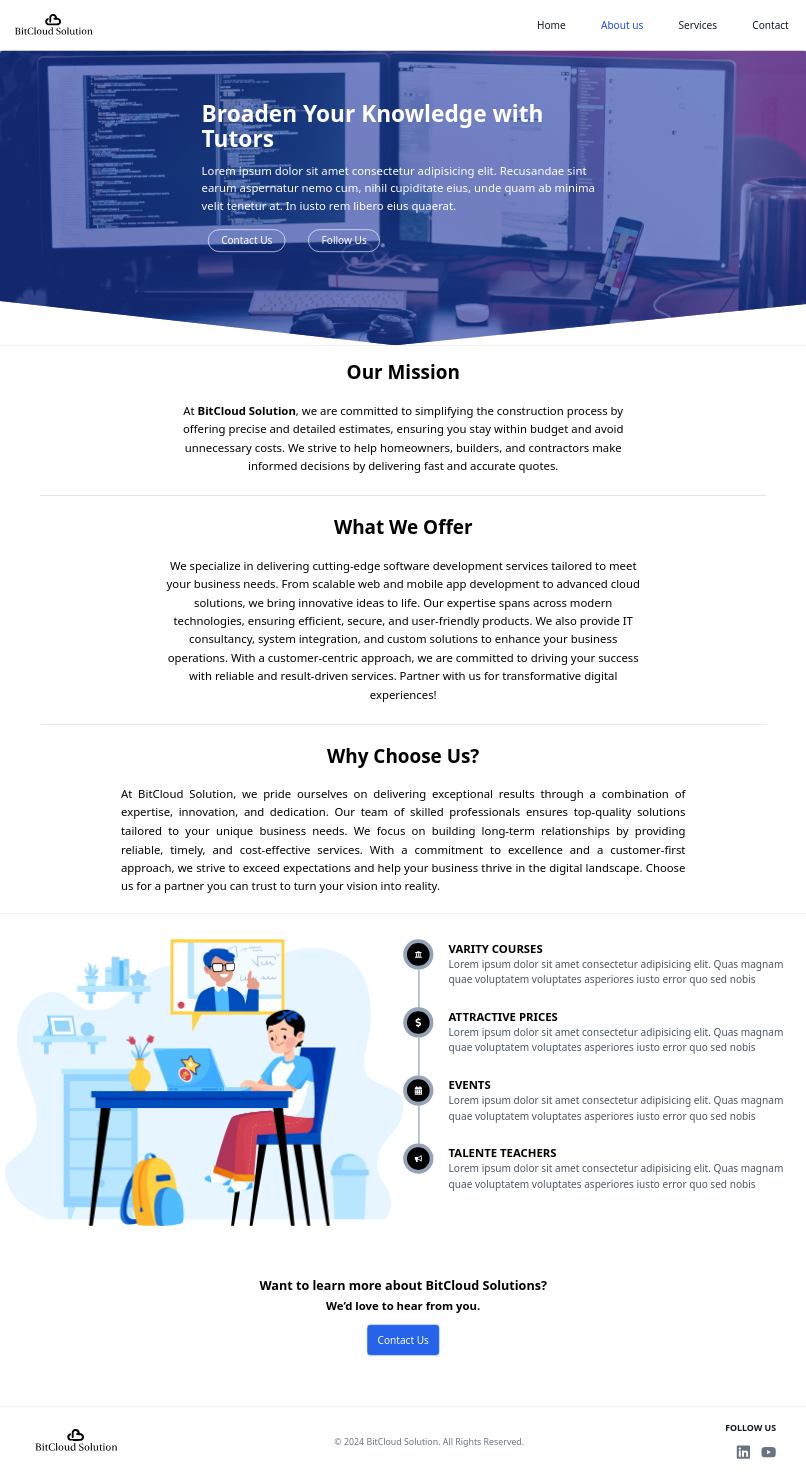
Repository: huzaifaBitCloud/BitCloud-website
Page: /about-us
These files come from the project's save history. The page is drawn as it stood at one moment and after the next save; the edit follows.
The browser window is 1280 px wide. The pictures show the whole page, at 63% of full size.
The project was rebuilt for these pictures with package versions that can differ from the ones it lists, and the page was loaded fresh each time. The framework's server and built-in components were replaced by stand-ins that run in the browser. Also part of the build but not shown: next.config.mjs.

Above is the page before, as saved 2025-01-23 16:28:55.

### src/app/about-us/page.tsx
import Layout from "@/components/Layout";
import About from "@/components/About";

const AboutPage = () => {
  return (
    <Layout>
      <About />
    </Layout>
  );
};

export default AboutPage;

### src/app/globals.css
@tailwind base;
@tailwind components;
@tailwind utilities;

.custom-cards-ourClient {
  box-shadow: 0px -10px 10px 2px rgba(221, 223, 226, 1);
  border-radius: 15px;
  background: linear-gradient(180deg, #e9f2e4 0%, #f5f7fa 90%);
}
.custom-card-2-achievements {
  box-shadow: 0px -10px 10px 2px rgba(221, 223, 226, 1);
  border-radius: 15px;
  background: linear-gradient(180deg, #f4d9d0 0%, #f5f7fa 90%);
}
.custom-card-3-achievements {
  box-shadow: 0px -10px 10px 2px rgba(221, 223, 226, 1);
  border-radius: 15px;
  background: linear-gradient(180deg, #e7ebf0, #f5f7fa 90%);
}

:root {
  /* --color-primary: #e9f2e4;
    --color-secondary: #f5f7fa;
*/
  --h-100vh: 100vh;
}

/* ABout CSS */

.btn-about {
  display: inline-block;
  margin: 0 0.625rem;
  padding: 0.3125rem 1.25rem;
  border-radius: 1.25rem;
  background: transparent;
  border: solid 0.0625rem #fff;
  position: relative;
  z-index: 9;
}
.main-hero-about {
  clip-path: polygon(
    50% 0%,
    100% 0,
    100% 35%,
    100% 86%,
    49% 100%,
    0 85%,
    0% 35%,
    0 0
  );
}

/* Services */

.zoomIn {
  -webkit-animation-name: zoomIn;
  animation-name: zoomIn;
  -webkit-animation-duration: 1s;
  animation-duration: 1s;
  -webkit-animation-fill-mode: both;
  animation-fill-mode: both;
}
@-webkit-keyframes zoomIn {
  0% {
    opacity: 0;
    -webkit-transform: scale3d(0.3, 0.3, 0.3);
    transform: scale3d(0.3, 0.3, 0.3);
  }
  50% {
    opacity: 1;
  }
}
@keyframes zoomIn {
  0% {
    opacity: 0;
    -webkit-transform: scale3d(0.3, 0.3, 0.3);
    transform: scale3d(0.3, 0.3, 0.3);
  }
  50% {
    opacity: 1;
  }
}

.card-services {
  border-top: 10px solid transparent;
  transition: border-top-color 0.4s, box-shadow 0.4s;
}

.card-services:hover {
  border-top-color: #2563eb;
  box-shadow: 0px 0px 5px rgba(0, 0, 0, 0.75);
}


@media only screen and (max-width: 760px) {
  .main-hero-about {
    clip-path: polygon(
      50% 0%,
      100% 0,
      100% 35%,
      100% 92%,
      49% 100%,
      0 92%,
      0% 35%,
      0 0
    );
  }
  .main-hero-about {
    height: var(--h-100vh) !important;
  }
  .sub-hero-about {
    text-align: center !important;
    margin: 0 auto !important;
  }
  .mob-btn-about {
    justify-content: center;
  }
  .mob-nav-style{
    position: absolute;
    top: 76%;
    left: 0;
  }
}

### src/components/Layout.tsx
import React from "react";
import { ReactNode } from "react";

import { Navbar } from "./Navbar";
import Footer from "./Footer";

interface LayoutProps {
  children: ReactNode;
}

const Layout = ({children}: LayoutProps) => {
  return (
    <div>
      <Navbar />
      <div className="">{children}</div>
      <Footer />
    </div>
  );
};

export default Layout;

### src/components/About.tsx
"use client";
import { useRouter } from "next/navigation";
import React from "react";
import WhyChooseUs from "./WhyChooseUs";

const About = () => {
  const router = useRouter();

  return (
    <section id="about" className=" w-[100%] mx-auto mb-6">
      {/* HEADINGS */}
      <div
        className="relative text-white text-center py-20 rounded-md bg-cover bg-center lg:h-[65vh] md:h-[70vh] main-hero-about"
        style={{
          backgroundImage: "url('/images/web-developer.jpg')",
        }}
      >
        {/* Overlay */}
        <div className="absolute inset-0 bg-blue-800 bg-opacity-60"></div>

        {/* Content */}
        <div className="relative z-10 sm:w-[100%] md:w-[80%] lg:w-[50%] mx-auto text-left sub-hero-about">
          <h2 className="text-4xl font-bold mb-4">
            Broaden Your Knowledge with Tutors
          </h2>
          <p className="mb-6 text-lg">
            Lorem ipsum dolor sit amet consectetur adipisicing elit. Recusandae
            sint earum aspernatur nemo cum, nihil cupiditate eius, unde quam ab
            minima velit tenetur at. In iusto rem libero eius quaerat.
          </p>
          <div className="flex mob-btn-about gap-4">
            <button
              className="btn-about border border-white px-6 py-2 rounded-md hover:bg-white hover:text-blue-800 transition"
              onClick={() => router.push("/contact")}
            >
              Contact Us
            </button>
            <button
              className="btn-about border border-white px-6 py-2 rounded-md hover:bg-white hover:text-blue-800 transition"
              onClick={() =>
                router.push(
                  "https://www.linkedin.com/company/bitcloud-solution-software/"
                )
              }
            >
              Follow Us
            </button>
          </div>
        </div>
      </div>
      <hr />

      {/* <div className="mt-5 px-2">
        <h2 className="text-3xl font-bold my-6">Our Mission</h2>
        <p className="my-7">
          At [Your Company Name], we are committed to simplifying the
          construction process by offering precise and detailed estimates,
          ensuring you stay within budget and avoid unnecessary costs. We strive
          to help homeowners, builders, and contractors make informed decisions
          by delivering fast and accurate quotes.
        </p>

        <hr />
        <h2 className="text-3xl font-bold text-left my-6">What We Offer</h2>
        <p className="my-7">
          Our team of experts offers estimates for: Doors & Windows:
          Installation costs, material choices, and design options. TV Lounges:
          Complete cost breakdowns, including flooring, wall finishing, and
          more. Bedrooms & Living Spaces: Detailed estimation for materials,
          labor, and time. Kitchens: Custom estimates for cabinets, countertops,
          and appliances. Bathrooms: Cost assessments for fixtures, tiles,
          plumbing, and more. Exterior Elements: Including patios, landscaping,
          fencing, and driveway estimates.
        </p>
        <hr />
        <h2 className="text-3xl font-bold ">Why Choose Us?</h2>
        <p className="my-7 w-[85%]">
          Accuracy: Our estimates are detailed and reliable, so you know exactly
          what to expect. Expertise: We leverage years of industry experience to
          deliver accurate results. Customer-Centric: Your needs are our
          priority. We work with you to customize estimates based on your unique
          requirements. Fast Turnaround: We value your time. Our streamlined
          process ensures you receive your estimate promptly. Our Vision We aim
          to become the go-to solution for construction estimates across the
          industry. With our commitment to quality and precision, we want to
          empower our clients to build confidently, knowing that their project
          costs are well understood from the start.
        </p>
      </div> */}

      <div className="mt-5 px-4 sm:px-6 md:px-10 lg:px-16">
        {/* Our Mission */}
        <div className="text-center">
          <h2 className="text-3xl font-bold my-6">Our Mission</h2>
          <p className="my-7 text-lg leading-relaxed max-w-3xl mx-auto">
            At <strong>BitCloud Solution</strong>, we are committed to
            simplifying the construction process by offering precise and
            detailed estimates, ensuring you stay within budget and avoid
            unnecessary costs. We strive to help homeowners, builders, and
            contractors make informed decisions by delivering fast and accurate
            quotes.
          </p>
        </div>

        <hr className="my-8 border-gray-300" />

        {/* What We Offer */}
        <div className="text-center">
          <h2 className="text-3xl font-bold my-6">What We Offer</h2>
          <p className="my-7 text-lg leading-relaxed max-w-3xl mx-auto">
            We specialize in delivering cutting-edge software development
            services tailored to meet your business needs. From scalable web and
            mobile app development to advanced cloud solutions, we bring
            innovative ideas to life. Our expertise spans across modern
            technologies, ensuring efficient, secure, and user-friendly
            products. We also provide IT consultancy, system integration, and
            custom solutions to enhance your business operations. With a
            customer-centric approach, we are committed to driving your success
            with reliable and result-driven services. Partner with us for
            transformative digital experiences!
          </p>
        </div>

        <hr className="my-8 border-gray-300" />

        {/* Why Choose Us */}
        <div className="text-center">
          <h2 className="text-3xl font-bold my-6">Why Choose Us?</h2>
          <p className="my-7 text-lg leading-relaxed max-w-4xl mx-auto text-justify">
            At BitCloud Solution, we pride ourselves on delivering exceptional
            results through a combination of expertise, innovation, and
            dedication. Our team of skilled professionals ensures top-quality
            solutions tailored to your unique business needs. We focus on
            building long-term relationships by providing reliable, timely, and
            cost-effective services. With a commitment to excellence and a
            customer-first approach, we strive to exceed expectations and help
            your business thrive in the digital landscape. Choose us for a
            partner you can trust to turn your vision into reality.
          </p>
          {/* <p className="my-7 text-lg leading-relaxed max-w-4xl mx-auto"></p> */}
        </div>
      </div>

      <hr />
      <div className="my-10 ">
        <WhyChooseUs />
      </div>
      <div className="text-center my-20">
        <h3 className="text-xl font-bold">
          Want to learn more about BitCloud Solutions?
        </h3>
        <p className="text-lg font-semibold mt-1">
          We’d love to hear from you.
        </p>
        <button
          className="border bg-blue-600 px-4 py-3 rounded-md text-white hover:bg-blue-700 mt-4"
          onClick={() => router.push("/contact")}
        >
          Contact Us
        </button>
      </div>
    </section>
  );
};

export default About;

### src/components/Navbar.tsx
"use client";
import Image from "next/image";
import Link from "next/link";
import { usePathname } from "next/navigation";
import React, { useState } from "react";

export const Navbar = () => {
  const [menu, setMenu] = useState(false);
  const [servicesDropdown, setServicesDropdown] = useState(false);
  const pathname = usePathname();

  const links = [
    { href: "/", label: "Home" },
    { href: "/about-us", label: "About us" },
    { href: "/services", label: "Services" },
    // { label: "Services", dropdown: true },
    { href: "/contact", label: "Contact" },
  ];

  const servicesLinks = [
    { href: "/web-development", label: "Web Development" },
    { href: "/mob-development", label: "Mobile Development" },
    { href: "/services/service3", label: "UI/UX Design" },
    { href: "/zoho-crm", label: "Zoho CRM" },
    { href: "/finance-account", label: "Finances & Accounting" },
  ];

  const isActive = (href) => pathname === href;

  return (
    <nav className="border-gray-200 bg-white shadow-md dark:bg-gray-900 dark:border-gray-700">
      <div className="max-w-screen-xl flex flex-wrap items-center justify-between mx-auto p-4 relative">
        {/* <Link href="/" passHref> */}
          <div className="relative w-36 h-12 cursor-pointer flex items-center space-x-3">
          <Link href='/'>
            <img
              src="/images/logo.svg"
              alt="BitCloud Logo"
              className="h-14 mr-3"
            />
            </Link>
            {/* <Image
              src="/images/logo.svg"
              alt="BitCloud Logo"
              fill
              sizes="(max-width: 768px) 100px, (max-width: 1200px) 50vw, 33vw"
              className="object-contain"
            /> */}
          </div>
        {/* </Link> */}

        <button
          type="button"
          data-collapse-toggle="navbar-dropdown"
          className="inline-flex items-center p-2 w-10 h-10 justify-center text-sm text-gray-500 rounded-lg md:hidden hover:bg-gray-100 dark:hover:bg-gray-700"
          aria-controls="navbar-dropdown"
          aria-expanded={menu}
          onClick={() => setMenu(!menu)}
        >
          <svg
            className="w-5 h-5"
            aria-hidden="true"
            xmlns="http://www.w3.org/2000/svg"
            fill="none"
            viewBox="0 0 17 14"
          >
            <path
              stroke="currentColor"
              strokeLinecap="round"
              strokeLinejoin="round"
              strokeWidth="2"
              d="M1 1h15M1 7h15M1 13h15"
            />
          </svg>
        </button>

        <div
          className={`${menu ? "block" : "hidden"} w-full md:block md:w-auto mob-nav-style`}
          id="navbar-dropdown"
        >
          <ul className="flex flex-col font-medium p-4 md:p-0 mt-4 border border-gray-100 rounded-lg bg-gray-50 md:flex-row md:space-x-8 md:mt-0 md:border-0 md:bg-white dark:bg-gray-800">
            {links.map(({ href, label, dropdown }) => (
             <li
             key={label}
             className="relative"
             onMouseEnter={dropdown ? () => setServicesDropdown(true) : null}
             onMouseLeave={dropdown ? () => setServicesDropdown(false) : null}
           >
             {dropdown ? (
               <span
                 className="block py-2 px-3 rounded cursor-pointer text-gray-900 dark:text-white"
               >
                 {label}
               </span>
             ) : (
               <Link href={href} passHref>
                 <span
                   className={`block py-2 px-3 rounded cursor-pointer ${
                     isActive(href)
                       ? "text-blue-700 dark:text-blue-500"
                       : "text-gray-900 dark:text-white"
                   }`}
                 >
                   {label}
                 </span>
               </Link>
             )}
             {dropdown && servicesDropdown && (
               <div className="z-50 absolute left-0 top-full w-48 bg-white border border-gray-200 shadow-lg rounded-lg">
                 <ul className="py-2 text-sm text-gray-700 dark:text-gray-400">
                   {servicesLinks.map(({ href, label }) => (
                     <li key={href}>
                       <Link href={href} passHref>
                         <span
                           onClick={() => setServicesDropdown(false)}
                           className="block px-4 py-2 hover:bg-gray-100 dark:hover:bg-gray-600 dark:hover:text-white"
                         >
                           {label}
                         </span>
                       </Link>
                     </li>
                   ))}
                 </ul>
               </div>
             )}
           </li>
            ))}
          </ul>
        </div>
      </div>
    </nav>
  );
};

export default Navbar;

### src/components/Footer.tsx
// import Link from "next/link";
// import { FaLinkedin, FaYoutube } from "react-icons/fa";

// const Footer = () => {
//   const currentYear = new Date().getFullYear(); // Get the current year dynamically

//   return (
//     <footer className="bg-white dark:bg-gray-900 border-t w-full">
//       <div className="container mx-auto px-4 py-6">
//         <div className="flex flex-col md:flex-row md:items-center md:justify-between">
//           {/* Logo Section */}
//           <div className="flex items-center mb-4 md:mb-0 py-6">
//             <img
//               src="/images/logo.svg"
//               alt="BitCloud Logo"
//               className="h-14 mr-3 md:ml-4"
//             />
//           </div>

//           {/* Rights Section */}
//           <div className="text-center mb-4 md:mb-0">
//             <span className="text-sm text-gray-500 dark:text-gray-400">
//               © {currentYear}{" "}
//               <Link
//                 href="https://bitcloudsolution.com/"
//                 className="hover:underline"
//               >
//                 BitCloud Solution
//               </Link>
//               . All Rights Reserved.
//             </span>
//           </div>

//           {/* Follow Us Section */}
//           <div className="flex flex-col items-center md:items-end">
//             <h2 className="mb-4 text-sm font-semibold text-gray-900 uppercase dark:text-white">
//               Follow Us
//             </h2>
//             <div className="flex space-x-4">
//               <Link
//                 href="https://www.linkedin.com/company/bitcloud-solution-software/"
//                 aria-label="LinkedIn"
//                 className="text-gray-500 hover:text-blue-600 dark:hover:text-blue-400"
//               >
//                 <FaLinkedin className="w-6 h-6" />
//               </Link>
//               <Link
//                 href="http://www.youtube.com/@BitCloudSolution"
//                 aria-label="YouTube"
//                 className="text-gray-500 hover:text-red-600 dark:hover:text-red-400"
//               >
//                 <FaYoutube className="w-6 h-6" />
//               </Link>
//             </div>
//           </div>
//         </div>
//       </div>
//     </footer>
//   );
// };

// export default Footer;

import Link from "next/link";
import { FaLinkedin, FaYoutube } from "react-icons/fa";

const Footer = () => {
  const currentYear = new Date().getFullYear(); // Get the current year dynamically

  return (
    <footer className="bg-white dark:bg-gray-900 border-t w-full">
      <div className="container mx-auto px-6 py-6">
        <div className="flex flex-col items-center md:flex-row md:justify-between">
          {/* Logo Section */}
          <div className="flex items-center mb-4 md:mb-0 md:ml-6">
            <Link href='/'>
            <img
              src="/images/logo.svg"
              alt="BitCloud Logo"
              className="h-14 mr-3"
            />
            </Link>
          </div>

          {/* Rights Section */}
          <div className="text-center mb-4 md:mb-0">
            <span className="text-sm text-gray-500 dark:text-gray-400">
              © {currentYear}{" "}
              <Link
                href="https://bitcloudsolution.com/"
                className="hover:underline"
              >
                BitCloud Solution
              </Link>
              . All Rights Reserved.
            </span>
          </div>

          {/* Follow Us Section */}
          <div className="flex flex-col items-center md:items-end md:mr-6">
            <h2 className="mb-4 text-sm font-semibold text-gray-900 uppercase dark:text-white">
              Follow Us
            </h2>
            <div className="flex space-x-4">
              <Link
                href="https://www.linkedin.com/company/bitcloud-solution-software/"
                aria-label="LinkedIn"
                className="text-gray-500 hover:text-blue-600 dark:hover:text-blue-400"
              >
                <FaLinkedin className="w-6 h-6" />
              </Link>
              <Link
                href="http://www.youtube.com/@BitCloudSolution"
                aria-label="YouTube"
                className="text-gray-500 hover:text-red-600 dark:hover:text-red-400"
              >
                <FaYoutube className="w-6 h-6" />
              </Link>
            </div>
          </div>
        </div>
      </div>
    </footer>
  );
};

export default Footer;

### src/components/WhyChooseUs.tsx
import React from "react";
import {
  FaUniversity,
  FaDollarSign,
  FaCalendarAlt,
  FaBullhorn,
} from "react-icons/fa";

const WhyChooseUs = () => {
  const steps = [
    {
      icon: <FaUniversity />,
      title: "VARITY COURSES",
      description:
        "Lorem ipsum dolor sit amet consectetur adipisicing elit. Quas magnam quae voluptatem voluptates asperiores iusto error quo sed nobis",
    },
    {
      icon: <FaDollarSign />,
      title: "ATTRACTIVE PRICES",
      description:
        "Lorem ipsum dolor sit amet consectetur adipisicing elit. Quas magnam quae voluptatem voluptates asperiores iusto error quo sed nobis",
    },
    {
      icon: <FaCalendarAlt />,
      title: "EVENTS",
      description:
        "Lorem ipsum dolor sit amet consectetur adipisicing elit. Quas magnam quae voluptatem voluptates asperiores iusto error quo sed nobis",
    },
    {
      icon: <FaBullhorn />,
      title: "TALENTE TEACHERS",
      description:
        "Lorem ipsum dolor sit amet consectetur adipisicing elit. Quas magnam quae voluptatem voluptates asperiores iusto error quo sed nobis",
    },
  ];

  return (
    <div className="w-[100%] mx-auto mt-6">

      <div className="grid lg:grid-cols-2 xs:grid-cols-1 mx-2">
        <div>
          <img src="/images/about-us.jpg" alt="About us" />
        </div>
        <div className="flex flex-col items-start mx-auto h-[100%]">
          {steps.map((step, index) => (
            <div key={index} className="flex items-start mb-8 relative">
              {/* Vertical Line */}
              {index !== steps.length - 1 && (
                <span className="absolute left-6 top-12 h-20 w-0.5 bg-slate-400"></span>
              )}

              {/* Icon in a circle */}
              <div className="flex justify-center items-center w-12 h-12 p-3 rounded-full bg-black text-white border-[6px] border-slate-400">
                {step.icon}
              </div>

              {/* Title and Description */}
              <div className="ml-6">
                <h3 className="text-lg font-bold">{step.title}</h3>
                <p className="text-gray-600">{step.description}</p>
              </div>
            </div>
          ))}
        </div>
      </div>
    </div>
  );
};

export default WhyChooseUs;

Loaded but not shown: src/app/layout.tsx (common file); tailwind.config.ts (common file)

After the next save:
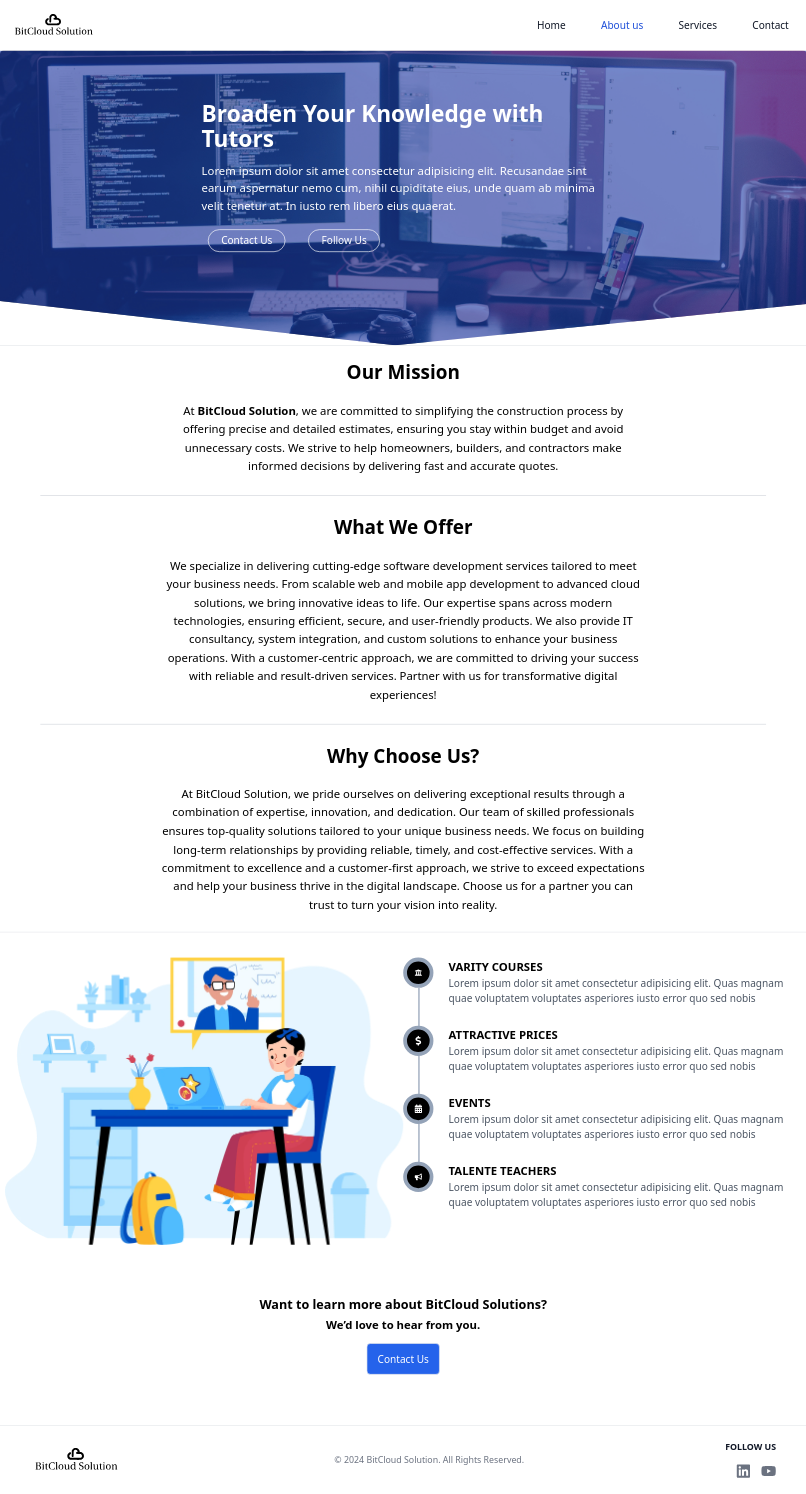
Saved 32 s later.
--- a/src/components/About.tsx
+++ b/src/components/About.tsx
@@ -126,7 +126,7 @@
         {/* Why Choose Us */}
         <div className="text-center">
           <h2 className="text-3xl font-bold my-6">Why Choose Us?</h2>
-          <p className="my-7 text-lg leading-relaxed max-w-4xl mx-auto text-justify">
+          <p className="my-7 text-lg leading-relaxed max-w-3xl mx-auto">
             At BitCloud Solution, we pride ourselves on delivering exceptional
             results through a combination of expertise, innovation, and
             dedication. Our team of skilled professionals ensures top-quality
